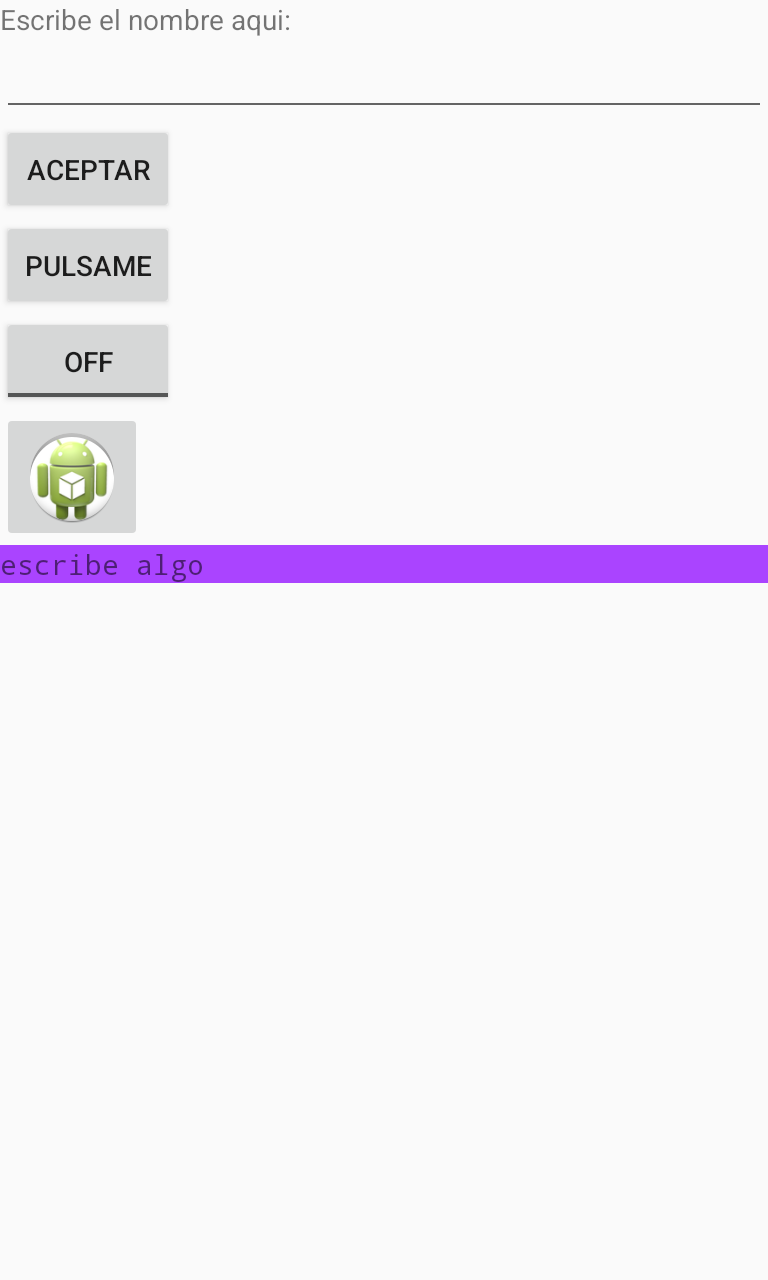
Repository: miguegit/android
Layout: FirstOne/res/layout/activity_main.xml
These files come from the project's save history. The layout is drawn as it stood at one moment and after the next save; the edit follows.
It is drawn on a 768 x 1280 px phone screen (xhdpi) without system bars, with theme AppTheme; the app's code is not run.

Above is the layout before, as saved 2014-04-25 18:48:13.

### FirstOne/res/layout/activity_main.xml
<LinearLayout xmlns:android="http://schemas.android.com/apk/res/android"
    xmlns:tools="http://schemas.android.com/tools"
    android:id="@+id/LinearLayout1"
    android:layout_width="match_parent"
    android:layout_height="wrap_content"
    android:orientation="vertical" >

    <TextView
        android:id="@+id/LblNombre"
        android:layout_width="wrap_content"
        android:layout_height="wrap_content"
        android:text="@string/nombre" />

    <EditText
        android:id="@+id/TxtNombre"
        android:layout_width="match_parent"
        android:layout_height="wrap_content"
        android:inputType="text">
    </EditText>

    <Button
        android:id="@+id/BtnHola"
        android:layout_width="wrap_content"
        android:layout_height="wrap_content"
        android:text="@string/Aceptar" />

    <Button android:id="@+id/BtnBoton1"
    android:text="pulsame"
    android:layout_width="wrap_content"
    android:layout_height="wrap_content" />

    <ToggleButton android:id="@+id/BtnBoton2"
    android:textOn="on"
    android:textOff="off"
    android:layout_width="wrap_content"
    android:layout_height="wrap_content" />

    <ImageButton android:id="@+id/BtnBoton3"
    android:layout_width="wrap_content"
    android:layout_height="wrap_content"
    android:contentDescription="ok"
    android:src="@drawable/ic_launcher" />

    <TextView android:id="@+id/LblEtiqueta"
    android:layout_width="match_parent"
    android:layout_height="wrap_content"
    android:text="escribe algo"
    android:background="#AA44FF"
    android:typeface="monospace" />

</LinearLayout>

### FirstOne/res/values/strings.xml
<?xml version="1.0" encoding="utf-8"?>
<resources>

    <string name="app_name">FirstOne</string>
    <string name="hello_world">Hello world!</string>
    <string name="action_settings">Settings</string>
    <string name="nombre">Escribe el nombre aqui:</string>
    <string name="Aceptar">Aceptar</string>

</resources>

Loaded but not shown: FirstOne/res/values/styles.xml (common file); FirstOne/res/values-v11/styles.xml (common file); FirstOne/res/values-v14/styles.xml (common file)

After the next save:
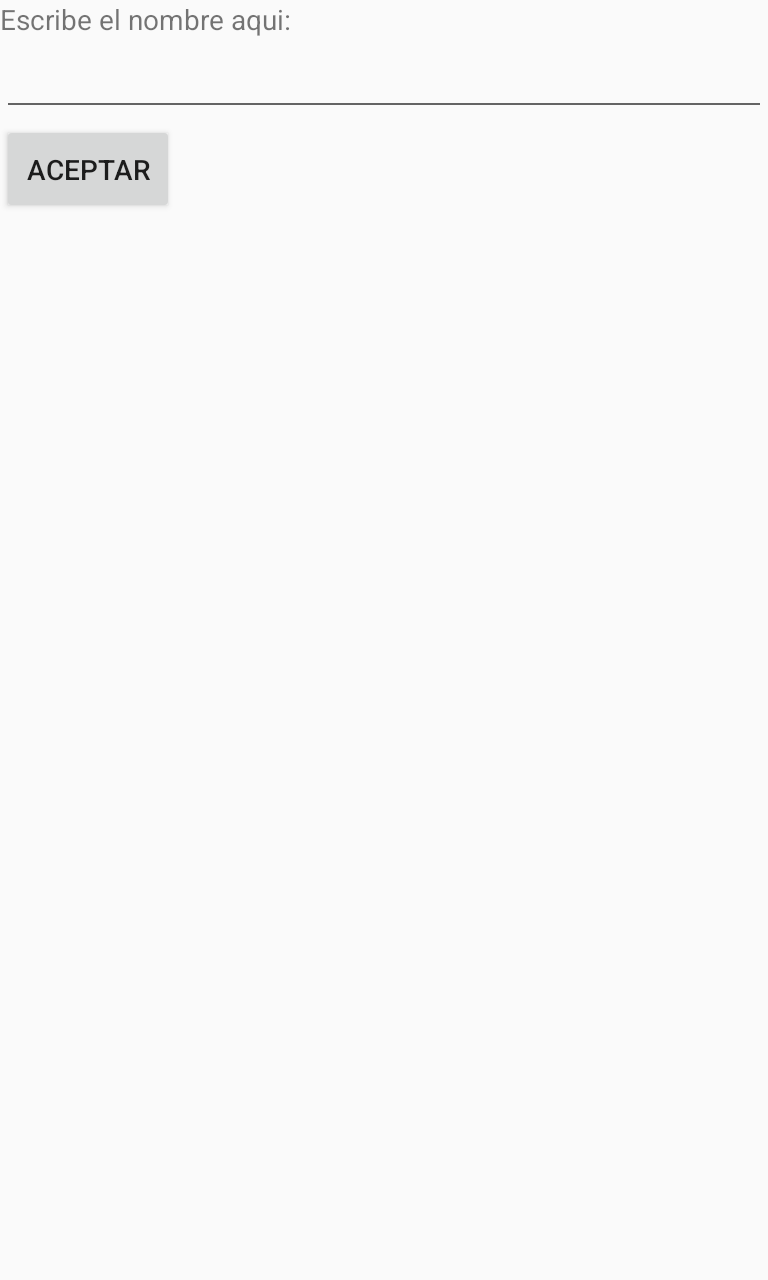
Saved 3 min 27 s later.
--- a/FirstOne/res/layout/activity_main.xml
+++ b/FirstOne/res/layout/activity_main.xml
@@ -24,28 +24,6 @@
         android:layout_height="wrap_content"
         android:text="@string/Aceptar" />
 
-    <Button android:id="@+id/BtnBoton1"
-    android:text="pulsame"
-    android:layout_width="wrap_content"
-    android:layout_height="wrap_content" />
 
-    <ToggleButton android:id="@+id/BtnBoton2"
-    android:textOn="on"
-    android:textOff="off"
-    android:layout_width="wrap_content"
-    android:layout_height="wrap_content" />
-
-    <ImageButton android:id="@+id/BtnBoton3"
-    android:layout_width="wrap_content"
-    android:layout_height="wrap_content"
-    android:contentDescription="ok"
-    android:src="@drawable/ic_launcher" />
-
-    <TextView android:id="@+id/LblEtiqueta"
-    android:layout_width="match_parent"
-    android:layout_height="wrap_content"
-    android:text="escribe algo"
-    android:background="#AA44FF"
-    android:typeface="monospace" />
 
 </LinearLayout>
